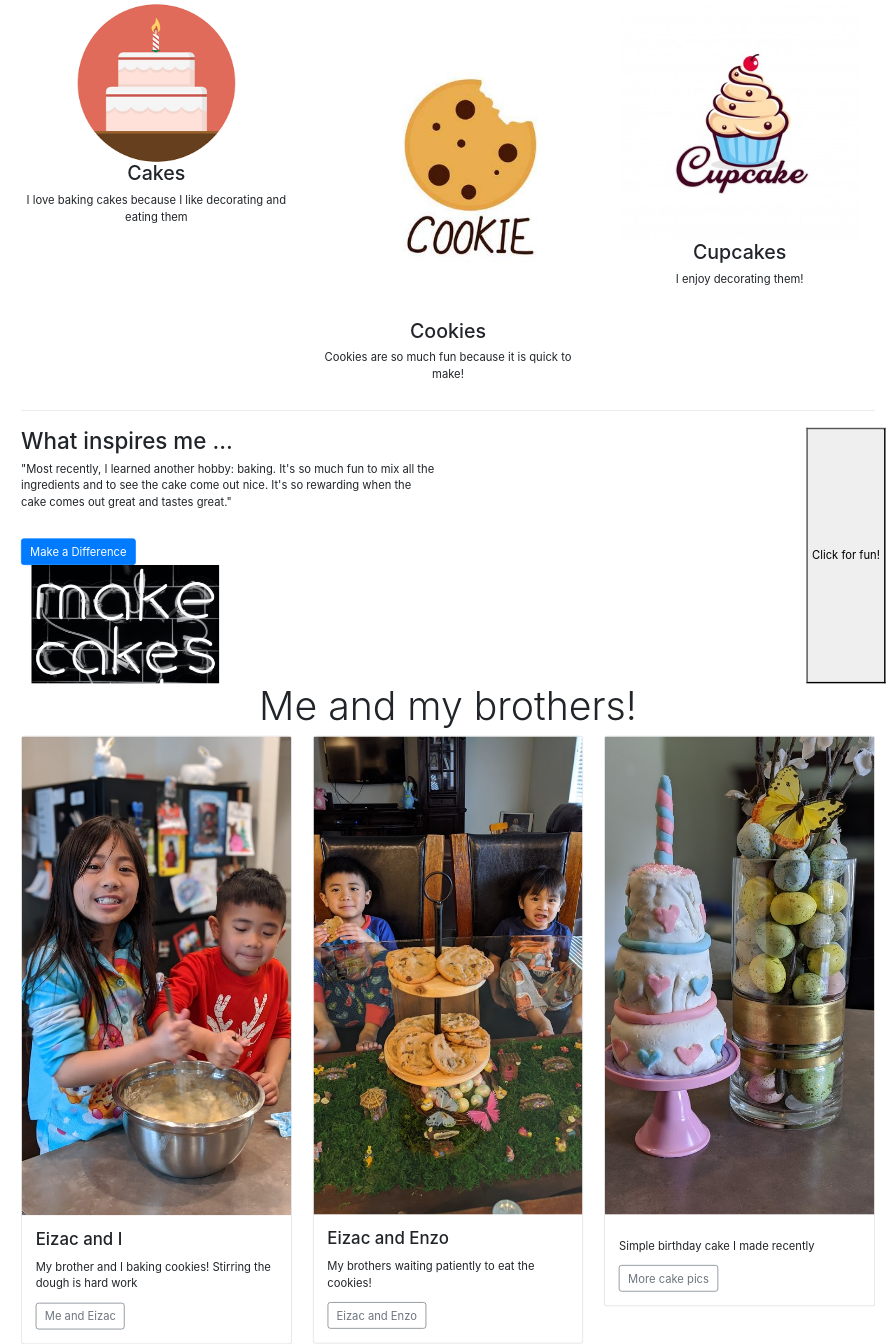
Repository: djzaragoza/Bea-Creation
Page: index.html
The author's editor kept a copy of each file at every save. The page is drawn from the files as they stood at one save, then again after the next save.
The browser window is 1280 px wide. The pictures show the part of the page from y = 2583 to 4503 px (the page is 4503 px tall), at 70% of full size.
Some web libraries are served in a nearby version.

Above is the page before, as saved 2020-04-07 22:01:57.

### index.html
<!DOCTYPE html>
<html lang="en">
<head>
    <meta charset="utf-8">
    <meta name="viewport" content="width=device-width, initial-scale=1">
    <title>Bea's Creation</title>
    <link rel="stylesheet" href="https://maxcdn.bootstrapcdn.com/bootstrap/4.0.0/css/bootstrap.min.css">
    <script src="https://ajax.googleapis.com/ajax/libs/jquery/3.3.1/jquery.min.js"></script>
    <script src="https://cdnjs.cloudflare.com/ajax/libs/popper.js/1.12.9/umd/popper.min.js"></script>
    <script src="https://maxcdn.bootstrapcdn.com/bootstrap/4.0.0/js/bootstrap.min.js"></script>
    <script src="https://use.fontawesome.com/releases/v5.0.8/js/all.js"></script>
    <link rel="style.css" rel="stylesheet">
</head>
<body>

<!-- navigation -->
<nav class="navbar navbar-expand-md navbar-light bg-light sticky-top">
<div class="container-fluid">
    <a class="navbar-brand" href="#"><img src="img/bea_logo.png"></a>
    <button class="navbar-toggler" type="button" data-toggle="collapse" data-target="#navbarResponsive">
        <span class="navbar-toggler-icon"></span>
    </button>
    <div class="collapse navbar-collapse" id="navbarResponsive">
        <ul class="navbar-nav ml-auto">
            <li class="nav-item active">
                <a class="nav-link" href="#">Home</a>
            </li>
            <li class="nav-item">
                <a class="nav-link" href="#">Cakes</a>
            </li>
            <li class="nav-item">
                <a class="nav-link" href="#">Cupcakes</a>
            </li>
            <li class="nav-item">
                <a class="nav-link" href="#">Cookies</a>
            </li>
        </ul>
    </div>

</div>


</nav>


<!-- image slider -->
<div id="slides" class="carousel slide" data-ride="carousel">
    <ul class="carousel-indicators">
        <li data-target="#slides" data-slide-to="0" class="active"></li>
        <li data-target="#slides" data-slide-to="1">
        <li data-target="#slides" data-slide-to="2">
    </ul>
    <div class="carousel-inner">
        <div class="carousel-item active">
            <img src="img/bea_cover_photo.jpg">
            <div class="carousel-caption">
                <h1 class="display-2">Hello! Nice to meet you!</h1>
                <h3>I'm Bea!</h3>
                <button type="button" class="btn btn-outline-light btn-lg">About Me!</button>
                <button type="button" class="btn btn-primary btn-lg">Click Me!</button>
            </div>
        </div>
        <div class="carousel-item">
            <img src="img/bea_home_cookies.jpg">
        </div>
        <div class="carousel-item">
            <img src="img/bea_home_cupcakes.jpg">
        </div>
    </div>
</div>


<!-- jumbotron -->
<div class="container-fluid">
    <div class="row jumbotron">
        <div class="column-xs-12 col-sm-12 col-md-9 col-lg-9 col-xl-10">
            <p class="lead">Welcome to my page!  My daddy made it for me because he thinks I should show off all of the things I bake.  Check out his own website      ----------------------- > </p>
        </div>
        <div class="col-xs-12 col-sm-12 col-md-3 col-lg-3 col-xl-2">
            <a href="https://www.djzaragoza.dev" target="_blank"><button type="button" class="btn btn-outline-secondary btn-lg">My Daddy's page</button></a>
        </div>

    </div>
</div>

<!-- welcome section -->

<div class="container-fluid padding">
<div class="row welcome text-center">
    <div class="col-12">
        <h1 class="display-4">Creating yummy stuff is so much fun!</div>
    </div>
    <hr>
    <div class="col-12">
        <p class="lead">Welcome to my own site!  I love baking all kinds of cakes, cookies and cupcakes for my family.</p>
    </div>
<div>
</div>

<!-- three column section -->
<div class="container-fluid padding">
<div class="row text-center padding">
    <div class="col-xs-12 col-sm-6 col-md-4">
        <img src="img/cake_icon.png">
        <h3>Cakes</h3>
        <p>I love baking cakes because I like decorating and eating them</p>
    </div>
    <div class="col-xs-12 col-sm-6 col-md-4">
        <img src="img/cookie_icon.jpg">
        <h3>Cookies</h3>
        <p>Cookies are so much fun because it is quick to make!</p>
    </div>
    <div class="col-sm-12 col-md-4">
        <img src="img/cupcake_icon.jpg">
        <h3>Cupcakes</h3>
        <p>I enjoy decorating them!</p>
    </div>
</div>
<hr class="my-4">
</div>

<!-- two column section -->

<div class="container-fluid padding">
    <div class="row padding">
        <div class="col-md-12 col-lg-6">
            <h2>What inspires me ...</h2>
            <p>"Most recently, I learned another hobby: baking.  It's so much fun to mix all the ingredients and to see the cake come out nice.  It's so rewarding when the cake comes out great and tastes great."
            </p>
            <br>
            <a href="https://www.icingsmiles.org" target="_blank" class="btn btn-primary">Make a Difference</a>
        <div>
        <div class="col-lg-6">
            <img src="img/family_baking_icon.jpg" class="img-fluid">
        </div>
    </div>
</div>
<hr class="my-4">
<!-- fixed background -->
<figure>
    <div class="fixed-wrap">
        <div id="fixed">
        </div>
    </div>
</figure>


<!-- emoji section -->
<button class="fun" data-toggle="collapse" data-target="#emoji">Click for fun!</button>
<div id="emoji" class="collapse">
    <div class="container-fluid padding">
        <div class="row text-center">
            <div class="col-sm-6 col-md-3">
                <img class="gif" src="img/custard.png">
            </div>
            <div class="col-sm-6 col-md-3">
                <img class="gif" src="img/cake.png">
            </div>
            <div class="col-sm-6 col-md-3">
                <img class="gif" src="img/cupcake.png">
            </div>
            <div class="col-sm-6 col-md-3">
                <img class="gif" src="img/icecream.png">
            </div>
        </div>
    </div>
</div>

<!-- meet the team -->
<div class="container-fluid padding">
<div class="row welcome text-center">
    <div class="col-12">
        <h1 class="display-4">Me and my brothers!</h1>
    </div>
    <hr>
</div>
</div>


<!-- cards -->

<div class="container-fluid padding">
<div class="row padding">
    <div class="col-md-4">
        <div class="card">
            <img class="card-img-top" src="img/brothers_1.jpg">
            <div class="card-body">
                <h4 class="card-title">Eizac and I</h4>
                <p class="card-text">My brother and I baking cookies!  Stirring the dough is hard work</p>
                <a href="#" class="btn btn-outline-secondary">Me and Eizac</a>
            </div>
        </div>
    </div>

    <div class="col-md-4">
        <div class="card">
            <img class="card-img-top" src="img/brothers_2.jpg">
            <div class="card-body">
                <h4 class="card-title">Eizac and Enzo</h4>
                <p class="card-text">My brothers waiting patiently to eat the cookies!</p>
                <a href="#" class="btn btn-outline-secondary">Eizac and Enzo</a>
            </div>
        </div>
    </div>

    <div class="col-md-4">
        <div class="card">
            <img class="card-img-top" src="img/brothers_3.jpg">
            <div class="card-body">
                <h4 class="card-title"></h4>
                <p class="card-text">Simple birthday cake I made recently</p>
                <a href="#" class="btn btn-outline-secondary">More cake pics</a>
            </div>
        </div>
    </div>

</div>
</div>

<!-- two column section -->

<!-- connect -->

<!-- footer -->





</body>



</html>

After the next save:
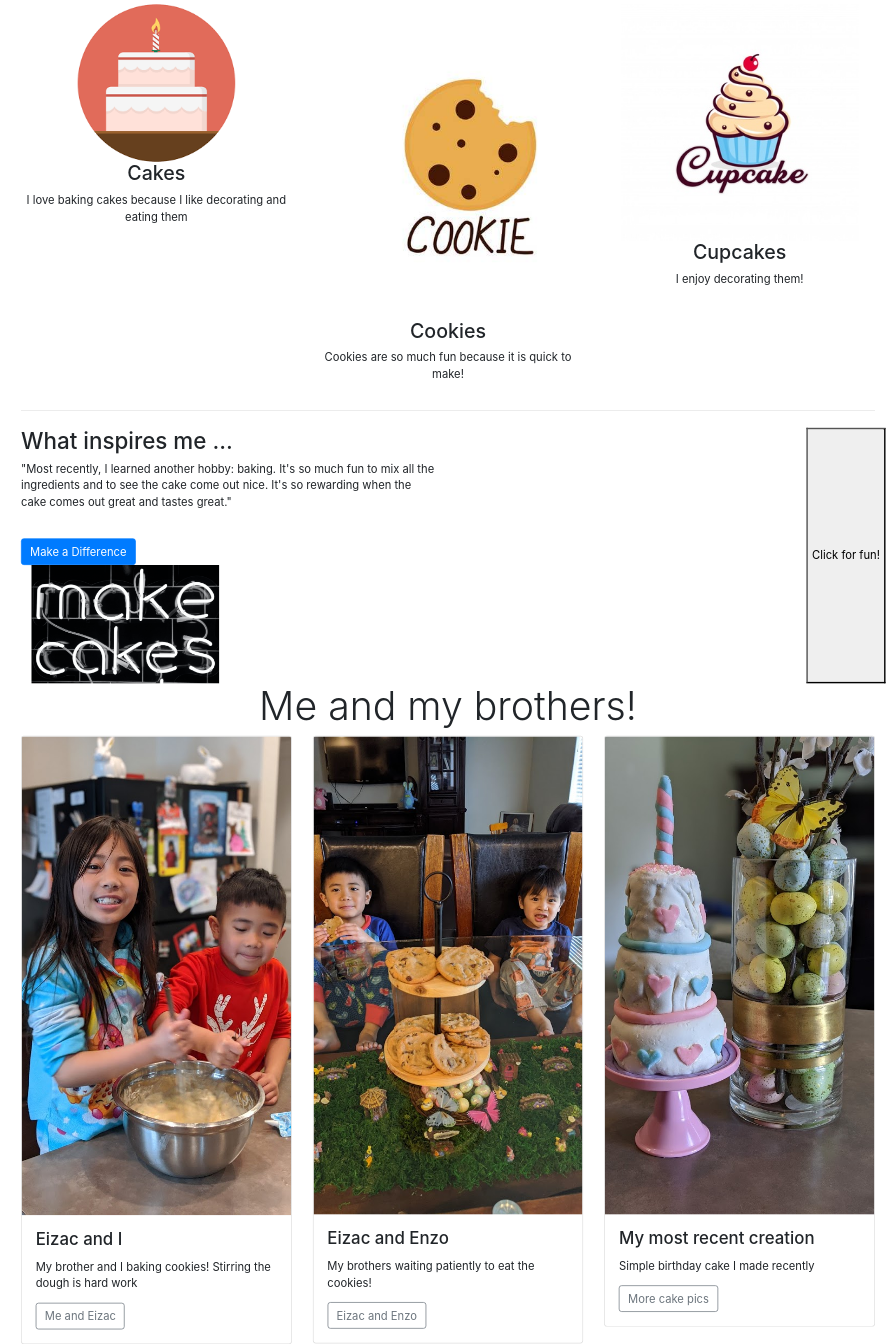
Saved 6 s later.
--- a/index.html
+++ b/index.html
@@ -207,7 +207,7 @@
         <div class="card">
             <img class="card-img-top" src="img/brothers_3.jpg">
             <div class="card-body">
-                <h4 class="card-title"></h4>
+                <h4 class="card-title">My most recent creation</h4>
                 <p class="card-text">Simple birthday cake I made recently</p>
                 <a href="#" class="btn btn-outline-secondary">More cake pics</a>
             </div>
